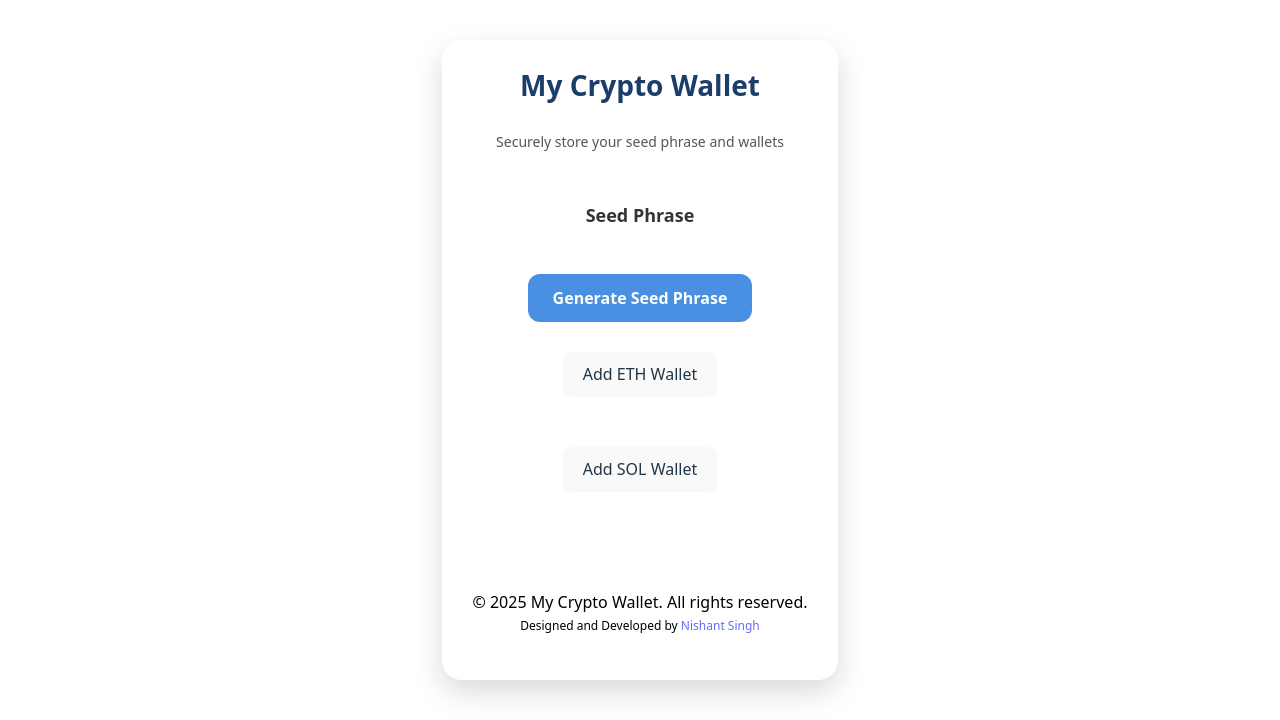
Repository: nishantsingh02/web-based-wallet-web-3
Page: /
These files come from the project's save history. The page is drawn as it stood at one moment and after the next save; the edit follows.
The browser window is 1280 px wide. The pictures show the whole page.
The project was rebuilt for these pictures with package versions that can differ from the ones it lists, and the page was loaded fresh each time. Also part of the build but not shown: vite.config.ts.

Above is the page before, as saved 2025-10-07 02:23:14.

### index.html
<!doctype html>
<html lang="en">
  <head>
    <meta charset="UTF-8" />
    <link rel="icon" type="image/svg+xml" href="/vite.svg" />
    <meta name="viewport" content="width=device-width, initial-scale=1.0" />
    <title>web-wallet</title>
  </head>
  <body>
    <div id="root"></div>
    <script type="module" src="/src/main.tsx"></script>
  </body>
</html>

### src/App.tsx
import { useState } from "react";
import { generateMnemonic } from "bip39";

import "./App.css";
import ETH_wallet from "./components/ETH_wallet";
import SOL_wallet from "./components/SOL_wallet";

function App() {
  const [mnemonic, setMnemonic] = useState(() => {
    return localStorage.getItem("mnemonic") || "";
  });

  // const [mnemonic, setMnemonic] = useState("");

  const words = mnemonic ? mnemonic.split(" ") : [];

  // this function make sure that we dont genrate differnt seeds multiple time
  const handleGenrate = () => {
    const mn = generateMnemonic();
    setMnemonic(mn);
    localStorage.setItem("mnemonic", mn);
  };

  return (
    <div className="">
      <div className="wallet-card">
        {/* Header */}
        <h1 className="wallet-title">My Crypto Wallet</h1>
        <p className="wallet-subtitle">
          Securely store your seed phrase and wallets
        </p>

        {/* Seed Phrase Section */}
        <div className="seed-section">
          <h2 className="section-title">Seed Phrase</h2>
          <div className="mnemonic-container">
            {words.map((word, index) => (
              <div key={index} className="mnemonic-box">
                {word}
              </div>
            ))}
          </div>
          <button
            className="generate-btn"
            onClick={handleGenrate}
            disabled={!!mnemonic}
          >
            {mnemonic ? "Seed Phrase Generated" : "Generate Seed Phrase"}
          </button>
        </div>

        {/* ETH Wallet Section */}
        <ETH_wallet mnemonic={mnemonic} />

        {/* SOL Wallet Section */}
        <SOL_wallet mnemonic={mnemonic} />
      <div className="w-full  text-black text-center py-4 mt-8 rounded-t-lg">
  <p className="text-sm sm:text-base">© 2025 My Crypto Wallet. All rights reserved.</p>
  <p className="text-xs mt-1">Designed and Developed by <a href="https://nishants.me" className="font-bold text-indigo-900 hover:text-indigo-500 hover:underline cursor-pointer transition-colors" >Nishant Singh</a></p>
</div>


      </div>



    </div>
  );
}

export default App;

### src/App.css
@import "tailwindcss";

#root {
  max-width: 1280px;
  margin: 0 auto;
  padding: 2rem;
  text-align: center;
}

/* App container */
.app-container {
  min-height: 100vh;
  display: flex;
  justify-content: center;
  align-items: flex-start;
  background-color: #f0f2f5;
  padding: 40px;
  font-family: 'Segoe UI', Tahoma, Geneva, Verdana, sans-serif;
}

/* Wallet Card */
.wallet-card {
  background-color: #ffffff;
  padding: 30px;
  border-radius: 20px;
  box-shadow: 0 12px 30px rgba(0,0,0,0.15);
  max-width: 800px;
  width: 100%;
  display: flex;
  flex-direction: column;
  gap: 30px;
}

/* Titles */
.wallet-title {
  text-align: center;
  font-size: 28px;
  font-weight: bold;
  color: #1c3d6b;
}

.wallet-subtitle {
  text-align: center;
  font-size: 14px;
  color: #555;
  margin-bottom: 20px;
}

/* Seed Phrase */
.seed-section {
  display: flex;
  flex-direction: column;
  align-items: center;
  gap: 15px;
}

.section-title {
  font-size: 18px;
  font-weight: 600;
  color: #333;
}

.mnemonic-container {
  display: flex;
  flex-wrap: wrap;
  justify-content: center;
  gap: 10px;
}

.mnemonic-box {
  background-color: #e0f0ff;
  padding: 10px 15px;
  border-radius: 8px;
  font-weight: 600;
  color: #1a1a1a;
  box-shadow: 0 3px 6px rgba(0,0,0,0.1);
  transition: transform 0.2s, box-shadow 0.2s;
  cursor: default;
}

.mnemonic-box:hover {
  transform: translateY(-3px);
  box-shadow: 0 6px 12px rgba(0,0,0,0.15);
}

/* Button */
.generate-btn {
  margin-top: 15px;
  padding: 12px 25px;
  background-color: #4a90e2;
  color: #fff;
  border: none;
  border-radius: 12px;
  font-weight: bold;
  cursor: pointer;
  transition: background-color 0.3s, transform 0.2s;
}

.generate-btn:hover {
  background-color: #1c6ed0;
  transform: translateY(-2px);
}

.generate-btn:disabled {
  background-color: #a5b4fc; /* Indigo-300 */
  cursor: not-allowed;
}

.addresses-container {
  display: flex;
  flex-wrap: wrap;
  gap: 15px;
  justify-content: center;
  margin-top: 20px;
}

.address-card {
  padding: 12px 20px;
  border-radius: 12px;
  border: 2px solid #4a90e2;
  background: linear-gradient(135deg, #e0f0ff, #c0e0ff);
  color: #1a1a1a;
  font-weight: 600;
  min-width: 250px;
  text-align: center;
  box-shadow: 0 4px 10px rgba(0, 0, 0, 0.1);
  cursor: pointer;

  /* animation */
  transform: translateY(-20px);
  opacity: 0;
  animation: slideIn 0.5s forwards;
  animation-delay: calc(var(--idx) * 0.1s); /* stagger effect */
}

.address-card:hover {
  background: linear-gradient(135deg, #4a90e2, #1c6ed0);
  color: white;
  transform: scale(1.05);
  transition: all 0.3s ease;
}

.balance {
  font-weight: 700;
  color: #0d47a1;
}

/* slide-in animation */
@keyframes slideIn {
  to {
    transform: translateY(0);
    opacity: 1;
  }
}


.container {
  text-align: center;
  margin-top: 40px;
}

.mnemonic-boxes {
  display: flex;
  flex-wrap: wrap;
  justify-content: center;
  gap: 10px;
  margin: 20px 0;
}

.word-box {
  padding: 10px 14px;
  border: 2px solid #4a90e2;
  border-radius: 10px;
  font-weight: 600;
  background-color: #f5f8ff;
  color: #333;
  transition: 0.2s;
}

.word-box:hover {
  background-color: #4a90e2;
  color: white;
}


.logo {
  height: 6em;
  padding: 1.5em;
  will-change: filter;
  transition: filter 300ms;
}
.logo:hover {
  filter: drop-shadow(0 0 2em #646cffaa);
}
.logo.react:hover {
  filter: drop-shadow(0 0 2em #61dafbaa);
}

@keyframes logo-spin {
  from {
    transform: rotate(0deg);
  }
  to {
    transform: rotate(360deg);
  }
}

@media (prefers-reduced-motion: no-preference) {
  a:nth-of-type(2) .logo {
    animation: logo-spin infinite 20s linear;
  }
}

.card {
  padding: 2em;
}

.read-the-docs {
  color: #888;
}

### src/components/ETH_wallet.tsx
import { mnemonicToSeed } from "bip39";
import { Wallet, HDNodeWallet } from "ethers";
import { useState } from "react";

interface ETHWalletProps {
    mnemonic: string
}

function ETH_wallet({ mnemonic }: ETHWalletProps) {
  const [currentIndex, setCurrentIndex] = useState(0);
  const [addresses, setAddresses] = useState<string[]>([]);

  return (
    <div>
      <button
        onClick={async () => {
          const seed = await mnemonicToSeed(mnemonic); // convert words → seed bytes
          const derivationPath = `m/44'/60'/${currentIndex}/0`;
          const hdNode = HDNodeWallet.fromSeed(seed); // create master wallet
          const child = hdNode.derivePath(derivationPath); // specific account
          const privateKey: string = child.privateKey;
          const wallet = new Wallet(privateKey);
          setCurrentIndex(currentIndex + 1);
          setAddresses([...addresses, wallet.address]);
        }}
      >
        Add ETH Wallet
      </button>

        {/* render the public keys keys  */}
      <div className="addresses-container">
        {addresses.map((addr, idx) => (
          <div key={idx} className="address-card">
            <span>Account {idx + 1} - {addr}</span>

          </div>
        ))}
      </div>

    </div>
  );
}

export default ETH_wallet;

### src/components/SOL_wallet.tsx
import { useState } from "react";
import { mnemonicToSeed } from "bip39";
import { derivePath } from "ed25519-hd-key";
import nacl from "tweetnacl";
import { Keypair, PublicKey } from "@solana/web3.js";

interface SOLWalletProps {
  mnemonic: string;
}

function SOL_wallet({ mnemonic }: SOLWalletProps) {
  const [currentIndex, setCurrentIndex] = useState(0);
  const [publicKeys, setPublicKeys] = useState<PublicKey[]>([]);

  return (
    <div>
      <button
        onClick={async () => {
          const seed = await mnemonicToSeed(mnemonic);
          const path = `m/44'/501'/${currentIndex}'`;
          const derivedSeed = derivePath(path, seed.toString("hex")).key;
          console.log(derivedSeed);
          const secret = nacl.sign.keyPair.fromSeed(derivedSeed).secretKey; // genrate the public and private key pair where we only select .secretKey that is a private key
          const keypair = Keypair.fromSecretKey(secret); // this can genrate kepair object that contain .publicKey and .secretkey
          setCurrentIndex(currentIndex + 1);
          setPublicKeys([...publicKeys, keypair.publicKey]);
        }}
      >
        Add SOL Wallet
      </button>

         {/* render the public keys keys  */}
      <div className="addresses-container" >
        {publicKeys.map((p, idx) => (
          <div key ={idx} className="address-card" >Account {idx + 1} - {p.toBase58()}</div>
        ))}
      </div>
    </div>
  );
}

export default SOL_wallet;

Loaded but not shown: src/main.tsx (common file); src/index.css (common file)

After the next save:
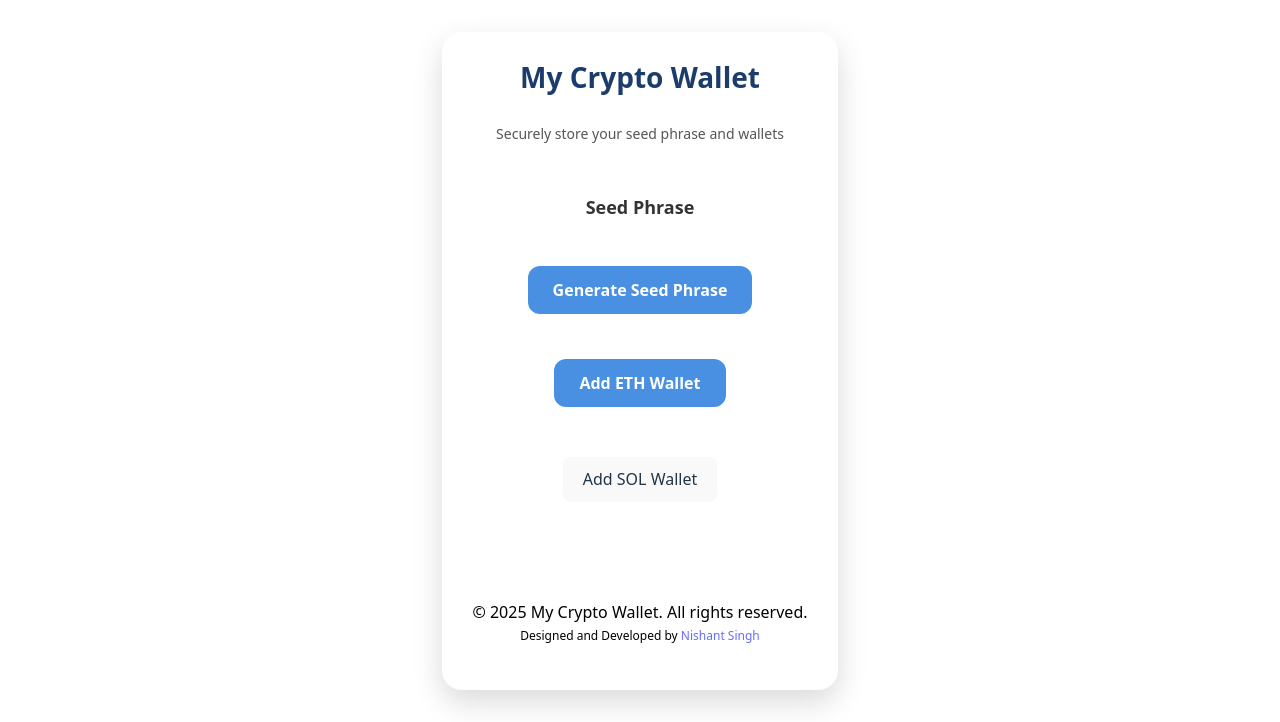
Saved 2 min 31 s later.
--- a/src/components/ETH_wallet.tsx
+++ b/src/components/ETH_wallet.tsx
@@ -1,42 +1,68 @@
 import { mnemonicToSeed } from "bip39";
 import { Wallet, HDNodeWallet } from "ethers";
-import { useState } from "react";
+import { useState, useEffect } from "react";
 
 interface ETHWalletProps {
-    mnemonic: string
+    mnemonic: string;
 }
 
 function ETH_wallet({ mnemonic }: ETHWalletProps) {
   const [currentIndex, setCurrentIndex] = useState(0);
   const [addresses, setAddresses] = useState<string[]>([]);
 
+  // Load addresses from localStorage on mount
+  useEffect(() => {
+    const savedAddresses = localStorage.getItem("ethAddresses");
+    const savedIndex = localStorage.getItem("ethCurrentIndex");
+    if (savedAddresses) setAddresses(JSON.parse(savedAddresses));
+    if (savedIndex) setCurrentIndex(Number(savedIndex));
+  }, []);
+
+  // Update localStorage whenever addresses change
+  useEffect(() => {
+    localStorage.setItem("ethAddresses", JSON.stringify(addresses));
+    localStorage.setItem("ethCurrentIndex", currentIndex.toString());
+  }, [addresses, currentIndex]);
+
+  const addWallet = async () => {
+    const seed = await mnemonicToSeed(mnemonic);
+    const derivationPath = `m/44'/60'/${currentIndex}/0`;
+    const hdNode = HDNodeWallet.fromSeed(seed);
+    const child = hdNode.derivePath(derivationPath);
+    const privateKey: string = child.privateKey;
+    const wallet = new Wallet(privateKey);
+
+    setAddresses([...addresses, wallet.address]);
+    setCurrentIndex(currentIndex + 1);
+  };
+
+  const deleteWallet = (index: number) => {
+    const newAddresses = addresses.filter((_, idx) => idx !== index);
+    setAddresses(newAddresses);
+  };
+
   return (
     <div>
       <button
-        onClick={async () => {
-          const seed = await mnemonicToSeed(mnemonic); // convert words → seed bytes
-          const derivationPath = `m/44'/60'/${currentIndex}/0`;
-          const hdNode = HDNodeWallet.fromSeed(seed); // create master wallet
-          const child = hdNode.derivePath(derivationPath); // specific account
-          const privateKey: string = child.privateKey;
-          const wallet = new Wallet(privateKey);
-          setCurrentIndex(currentIndex + 1);
-          setAddresses([...addresses, wallet.address]);
-        }}
+        className="generate-btn"
+        onClick={addWallet}
       >
         Add ETH Wallet
       </button>
 
-        {/* render the public keys keys  */}
       <div className="addresses-container">
         {addresses.map((addr, idx) => (
-          <div key={idx} className="address-card">
+          <div key={idx} className="address-card flex justify-between items-center">
             <span>Account {idx + 1} - {addr}</span>
-
+            <button
+              className="ml-4 bg-red-500 text-white px-2 py-1 rounded hover:bg-red-600"
+              onClick={() => deleteWallet(idx)}
+            >
+              Delete
+            </button>
           </div>
         ))}
       </div>
-
     </div>
   );
 }

After the save that followed:
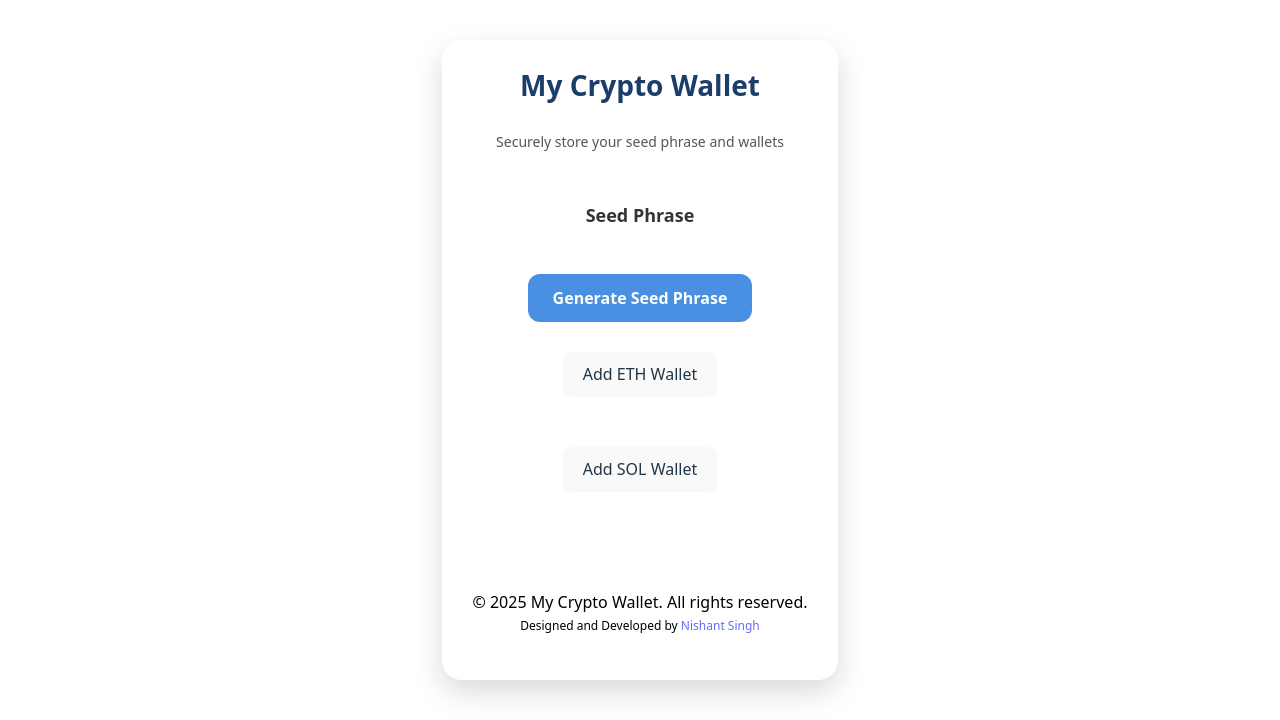
Saved 53 s later.
--- a/src/components/ETH_wallet.tsx
+++ b/src/components/ETH_wallet.tsx
@@ -1,68 +1,42 @@
 import { mnemonicToSeed } from "bip39";
 import { Wallet, HDNodeWallet } from "ethers";
-import { useState, useEffect } from "react";
+import { useState } from "react";
 
 interface ETHWalletProps {
-    mnemonic: string;
+    mnemonic: string
 }
 
 function ETH_wallet({ mnemonic }: ETHWalletProps) {
   const [currentIndex, setCurrentIndex] = useState(0);
   const [addresses, setAddresses] = useState<string[]>([]);
 
-  // Load addresses from localStorage on mount
-  useEffect(() => {
-    const savedAddresses = localStorage.getItem("ethAddresses");
-    const savedIndex = localStorage.getItem("ethCurrentIndex");
-    if (savedAddresses) setAddresses(JSON.parse(savedAddresses));
-    if (savedIndex) setCurrentIndex(Number(savedIndex));
-  }, []);
-
-  // Update localStorage whenever addresses change
-  useEffect(() => {
-    localStorage.setItem("ethAddresses", JSON.stringify(addresses));
-    localStorage.setItem("ethCurrentIndex", currentIndex.toString());
-  }, [addresses, currentIndex]);
-
-  const addWallet = async () => {
-    const seed = await mnemonicToSeed(mnemonic);
-    const derivationPath = `m/44'/60'/${currentIndex}/0`;
-    const hdNode = HDNodeWallet.fromSeed(seed);
-    const child = hdNode.derivePath(derivationPath);
-    const privateKey: string = child.privateKey;
-    const wallet = new Wallet(privateKey);
-
-    setAddresses([...addresses, wallet.address]);
-    setCurrentIndex(currentIndex + 1);
-  };
-
-  const deleteWallet = (index: number) => {
-    const newAddresses = addresses.filter((_, idx) => idx !== index);
-    setAddresses(newAddresses);
-  };
-
   return (
     <div>
       <button
-        className="generate-btn"
-        onClick={addWallet}
+        onClick={async () => {
+          const seed = await mnemonicToSeed(mnemonic); // convert words → seed bytes
+          const derivationPath = `m/44'/60'/${currentIndex}/0`;
+          const hdNode = HDNodeWallet.fromSeed(seed); // create master wallet
+          const child = hdNode.derivePath(derivationPath); // specific account
+          const privateKey: string = child.privateKey;
+          const wallet = new Wallet(privateKey);
+          setCurrentIndex(currentIndex + 1);
+          setAddresses([...addresses, wallet.address]);
+        }}
       >
         Add ETH Wallet
       </button>
 
+        {/* render the public keys keys  */}
       <div className="addresses-container">
         {addresses.map((addr, idx) => (
-          <div key={idx} className="address-card flex justify-between items-center">
+          <div key={idx} className="address-card">
             <span>Account {idx + 1} - {addr}</span>
-            <button
-              className="ml-4 bg-red-500 text-white px-2 py-1 rounded hover:bg-red-600"
-              onClick={() => deleteWallet(idx)}
-            >
-              Delete
-            </button>
+
           </div>
         ))}
       </div>
+
     </div>
   );
 }
